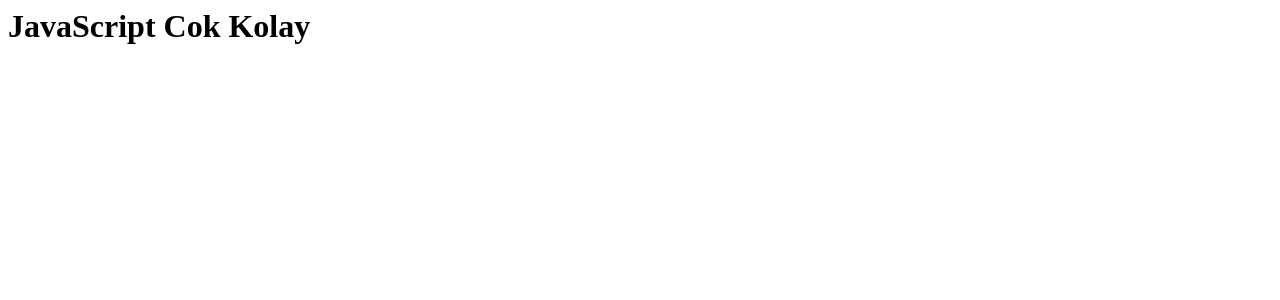
Repository: onerdogan/CypressProject-JS
Page: index.html
These files come from the project's save history. The page is drawn as it stood at one moment and after the next save; the edit follows.
The browser window is 1280 px wide. The pictures show the whole page.

Above is the page before, as saved 2021-11-26 12:36:30.

### index.html
<html lang="en">
  <head>
    <title>*****JavaScript*****</title>
  </head>
  <body>
    <h1>JavaScript Cok Kolay</h1>
    <script src="app.js"></script>
  </body>
</html>

### app.js
//fonksiyonlar

function sum() {
  var num1 = 10;
  var num2 = 20;
  var num3 = 30;
  var total = num1 + num2 + num3;
  return total;
}

console.log(sum());

function cikarma() {
  var num1 = 50;
  var num2 = 20;
  var cikarma = num1 - num2;
  return cikarma;
}

console.log(cikarma());

//Fonksiyon tanimlama

function fonksiyonImi(parametre1, parametre2) {
  return donusDegeri;
}
//1)Parametresiz Fonksion
function greet() {
  console.log("Hi !!");
}
greet();
//2) Parametreli fonksiyon

function greetPeople(name) {
  console.log("Hi " + name);
}
greetPeople("Ali");

//3) birden fazla parametreli fonsiyon

function information(location, price, rating) {
  console.log(`locaton :${location},
  price :${price},
  rating : ${rating}`);
}
information("sarigerme", "7000", "7");

//fonsiyonu cagirip yeni bir degisgene saklama

const mySum = sum() + 100;
console.log(mySum);

//fonksiyonu parametre ve return ile cagirma

function diffrences(num1, num2) {
  return num1 - num2;
}
console.log(diffrences(100, 39));
console.log(diffrences(1000, 333));

//fonksiyonlari 2 sekilde tanimlayip cagirabiliyoruz
//1) direk tanimlama ve cagirma
//2) fonksiyonu bir degisgen ile tanimlayip cagirma

function square(num) {
  return num * num;
}
console.log(square(6));

const squareOfNumber = function square(num) {
  return num * num;
};
console.log(squareOfNumber(6));

After the next save:
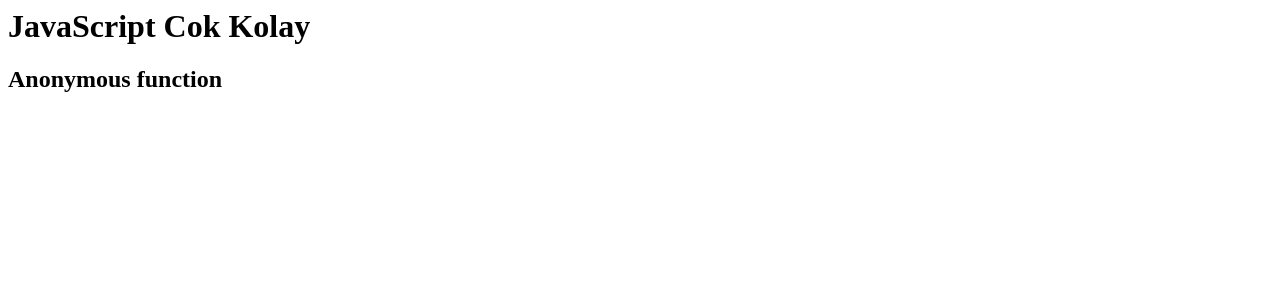
Saved 4 min 46 s later.
--- a/index.html
+++ b/index.html
@@ -4,6 +4,7 @@
   </head>
   <body>
     <h1>JavaScript Cok Kolay</h1>
+    <h2>Anonymous function</h2>
     <script src="app.js"></script>
   </body>
 </html>
